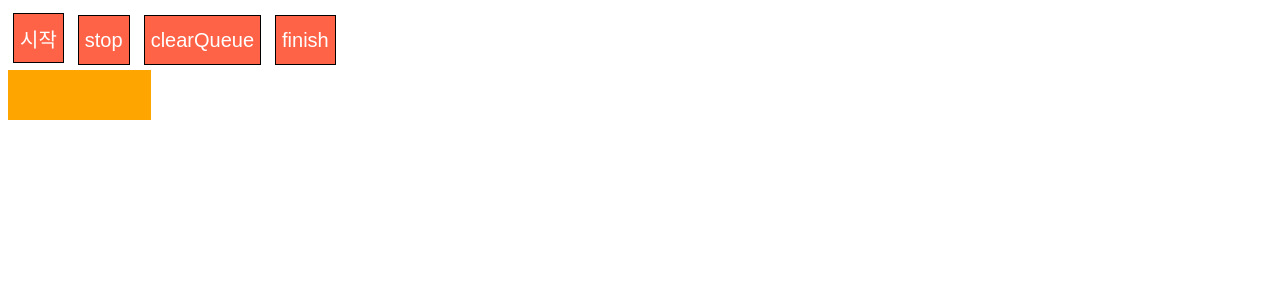
Repository: shouvoo/bitAcademy
Page: work/jsp/06_javascript/WebContent/09_jquery/06_effect/test07.html
These files come from the project's save history. The page is drawn as it stood at one moment and after the next save; the edit follows.
The browser window is 1280 px wide. The pictures show the whole page.
After loading, the first visible `button` was clicked once.

Above is the page before, as saved 2017-11-27 03:35:24.

### work/jsp/06_javascript/WebContent/09_jquery/06_effect/test07.html
<!--
	stop() : 현재 실행중인 효과는 중단
	stop(clearQueue, jumpToEnd) : true, false 설정
	clearQueue() : 현재 실행중인 효과는 진행하고 나머지는 삭제
	finish() : 모든 효과 종료하고 요소를 효과가 완료된 상태로 변경
 -->
<!DOCTYPE html>
<html>
<head>
	<meta charset="utf-8">
    <style>
        div {
            width: 50px; height: 50px;
            background-color: orange;
			position: relative;
        }
		button {
			margin: 5px;
			font-size: 20px;
			height: 50px;
			background: tomato;
			color: white;
			border: 1px solid black;
		}
    </style>
    <script src="../js/jquery-3.2.1.js"></script>
</head>
<body>
    <button>시작</button>
    <button>stop</button>
    <button>clearQueue</button>
    <button>finish</button>
    <div></div>
    <script>
		$("button:eq(0)").click(function(){
			$("div").animate({width : 500}, 5000);

		})

		$("button:eq(1)").click(function(){
			$("div").stop();

		})

		$("button:eq(2)").click(function(){
			$("div").animate({}, 1000);

		})

		$("button:eq(3)").click(function(){
			$("div").animate({}, 1000);

		})
    </script>
</body>
</html>

Loaded but not shown: work/jsp/06_javascript/WebContent/09_jquery/js/jquery-3.2.1.js (library)

After the next save:
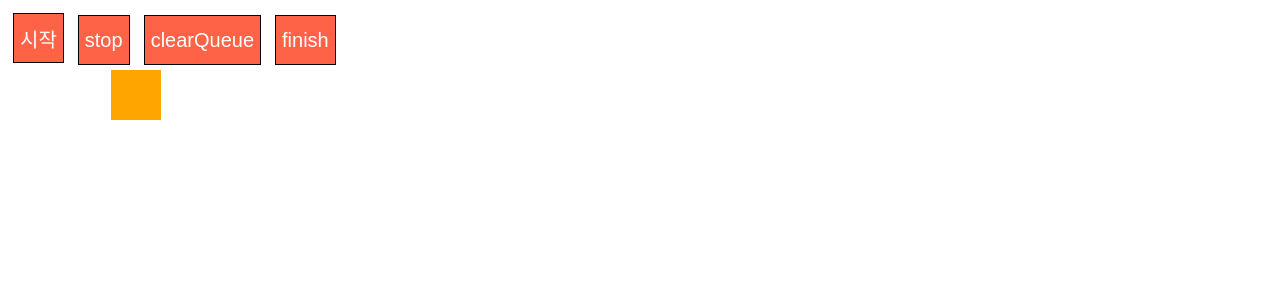
Saved 13 s later.
--- a/work/jsp/06_javascript/WebContent/09_jquery/06_effect/test07.html
+++ b/work/jsp/06_javascript/WebContent/09_jquery/06_effect/test07.html
@@ -33,7 +33,7 @@
     <div></div>
     <script>
 		$("button:eq(0)").click(function(){
-			$("div").animate({width : 500}, 5000);
+			$("div").animate({left : 500}, 5000);
 
 		})
 
